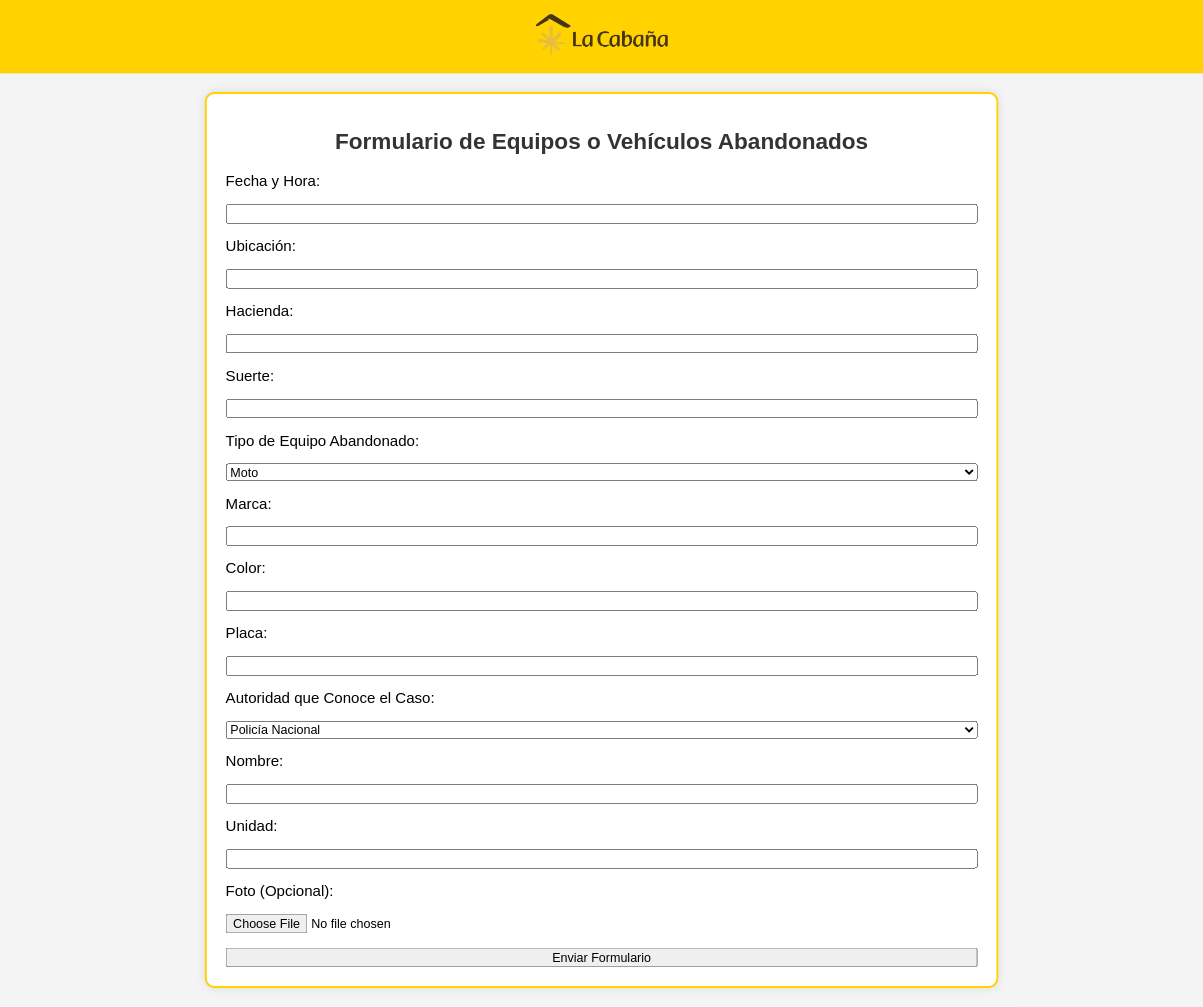
Repository: tayuanlogua/prototipo-de-control-de-accesos
Page: Patrullas/src/equiposvehiculos.html
An editor plug-in stored every save of this project. The page is shown before and after the next save, followed by the edit.
The browser window is 1280 px wide. The pictures show the whole page, at 94% of full size.

Above is the page before, as saved 2024-09-04 12:36:23.

After the next save:
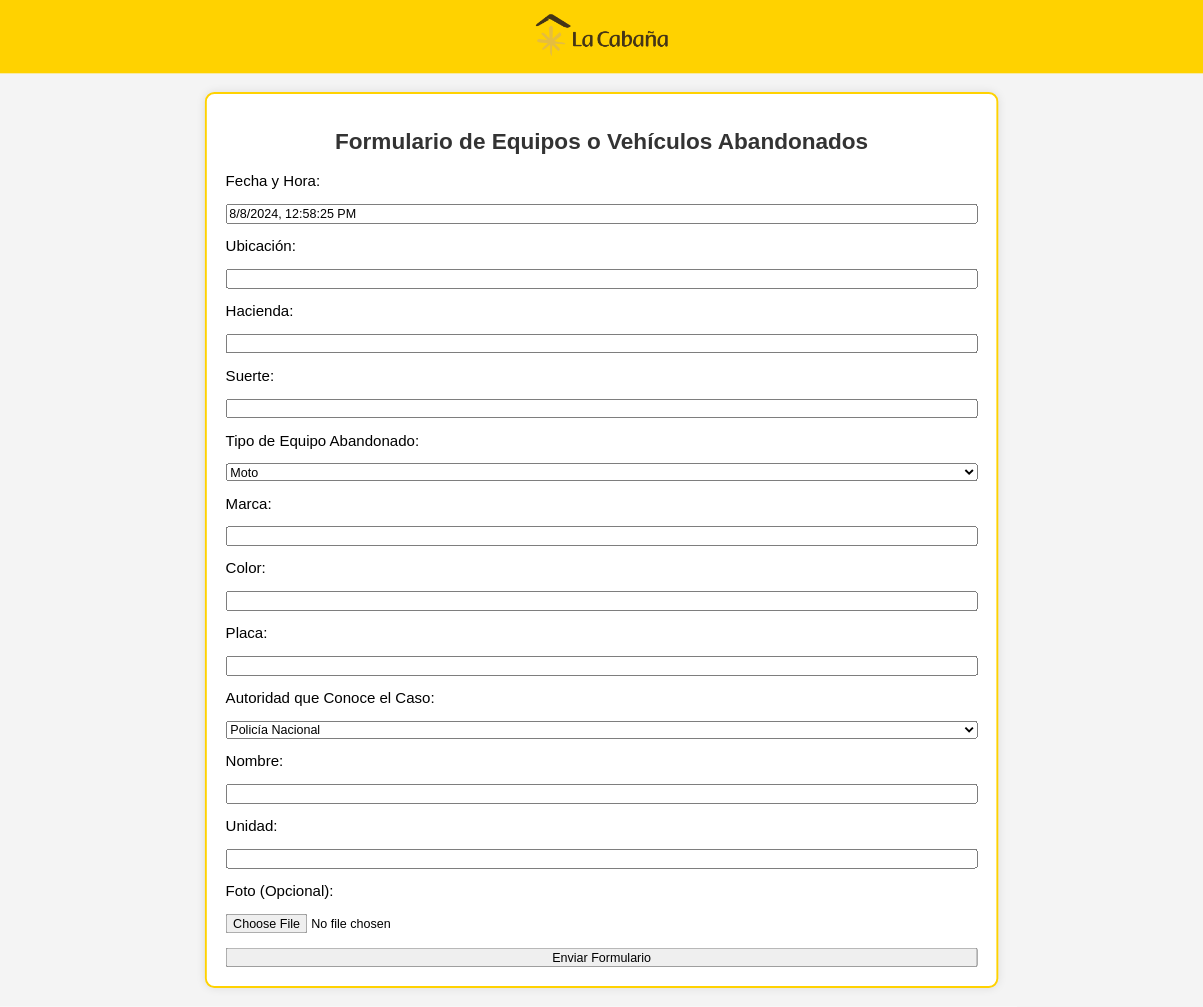
Saved 86 s later.
--- a/Patrullas/src/equiposvehiculos.html
+++ b/Patrullas/src/equiposvehiculos.html
@@ -89,6 +89,6 @@
       </form>
     </div>
 
-    <script src="script.js"></script>
+    <script src="equiposvehiculos.js"></script>
   </body>
 </html>
